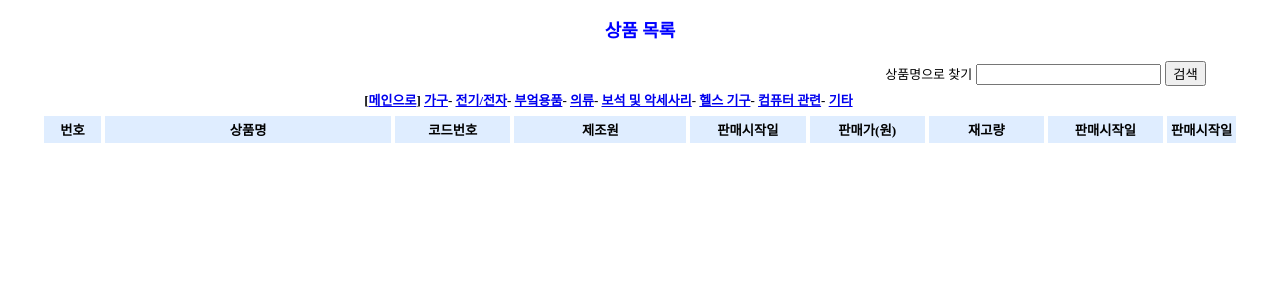
Repository: severrepair/JSPproject
Page: http://localhost/Shop/product_list.jsp?cat=11
An editor plug-in stored every save of this project. The page is shown before and after the next save, followed by the edit.
The browser window is 1280 px wide. The pictures show the whole page.
The page is served by Tomcat 9.

Above is the page before, as saved 2022-12-02 03:47:11.

After the next save:
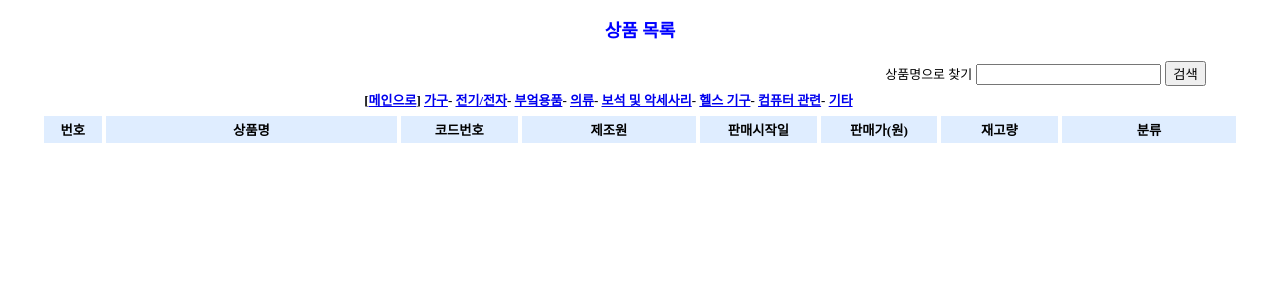
Saved 4 min 9 s later.
--- a/Shop/src/main/webapp/product_list.jsp
+++ b/Shop/src/main/webapp/product_list.jsp
@@ -79,17 +79,28 @@
 				<NOBR>재고량</NOBR>
 			</FONT>
 		</TH>
-		<TH width=10% bgcolor=#DFEDFF>
+		<TH width=15% bgcolor=#DFEDFF>
 			<FONT color=black face=굴림>
-				<NOBR>판매시작일</NOBR>
+				<NOBR>분류</NOBR>
 			</FONT>
 		</TH>
-		<TH width=10% bgcolor=#DFEDFF>
-			<FONT color=black face=굴림>
-				<NOBR>판매시작일</NOBR>
-			</FONT>
-		</TH>
+	</TR>
+<%
+	String cond = "";
+	String ca = "";
+	String pn = "";
 
+	if (request.getParameter("cat") !=null ) {
+		if(!(request.getParameter("cat").equals(""))){
+			ca=request.getParameter("cat");
+			cond=" where category = '" + ca + "'";
+		}
+	}
+
+	if (request.getParameter("pname") !=null){
+	}
+
+%>
 
 
 
